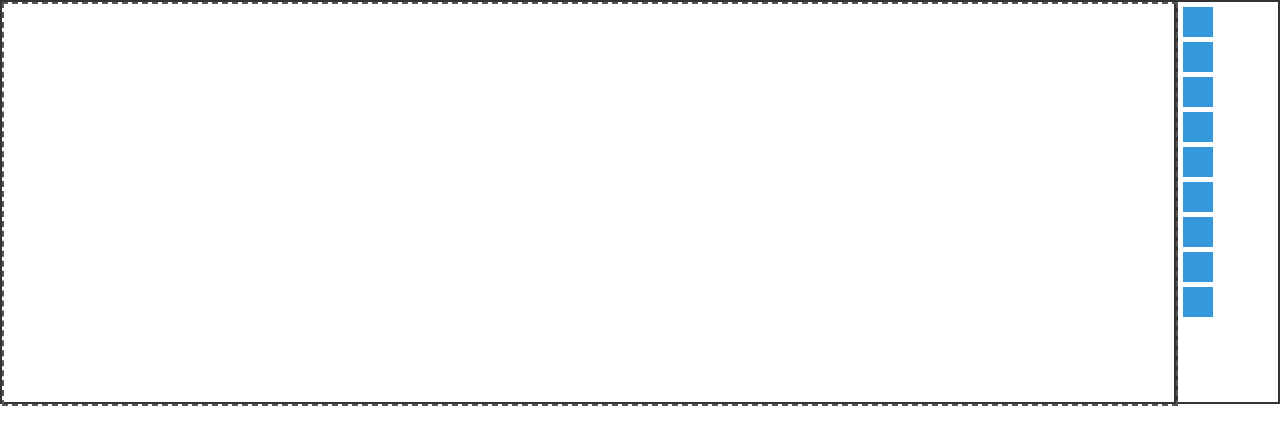
Repository: ZakariaZhlat125/test-rar-it
Page: http://localhost/
These files come from the project's save history. The page is drawn as it stood at one moment and after the next save; the edit follows.
The browser window is 1280 px wide. The pictures show the whole page.
The page is run by PHP 8.4 with error messages shown; the project is at /var/www/html/.

Above is the page before, as saved 2024-02-29 23:39:03.

After the next save:
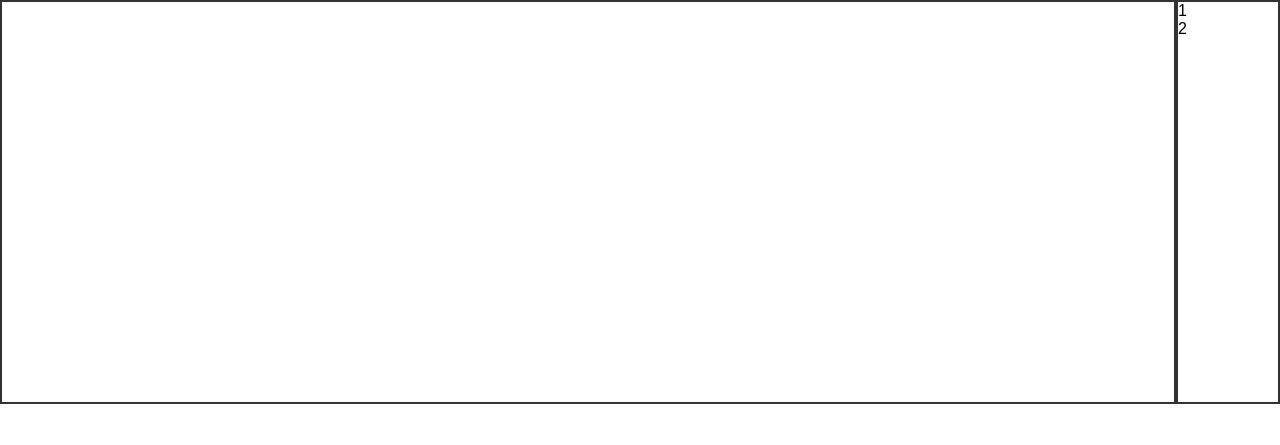
Saved 15 s later.
--- a/index.php
+++ b/index.php
@@ -1,30 +1,27 @@
 <!DOCTYPE html>
 <html lang="en">
-
 <head>
     <meta charset="UTF-8">
     <meta name="viewport" content="width=device-width, initial-scale=1.0">
+    <title>Drag and Drop Example</title>
     <link rel="stylesheet" href="styles.css">
-    <title>Drag and Drop</title>
 </head>
-
 <body>
     <div class="container">
-        <div id="left-container" class="left-container" ondrop="drop(event)" ondragover="allowDrop(event)">
-            <!-- Large square on the left -->
-            <div id="large-square" class="large-square" ondrop="drop(event)" ondragover="allowDrop(event)"></div>
+        <div id="left-container" class="left-container">
+            <!-- Large square divided into 9 sections -->
+            <div id="drop-area" class="drop-area">
+                <!-- Drop area for small squares -->
+            </div>
         </div>
         <div id="right-container" class="right-container">
-            <!-- Small squares on the right -->
-            <?php
-            for ($i = 1; $i <= 9; $i++) {
-                echo "<div id='small-square-$i' class='small-square' draggable='true' ondragstart='drag(event)'></div>";
-            }
-            ?>
+            <!-- Small squares for dragging -->
+            <div class="draggable" id="item1" draggable="true">1</div>
+            <div class="draggable" id="item2" draggable="true">2</div>
+            <!-- Add more small squares as needed -->
         </div>
     </div>
 
     <script src="script.js"></script>
 </body>
-
 </html>
